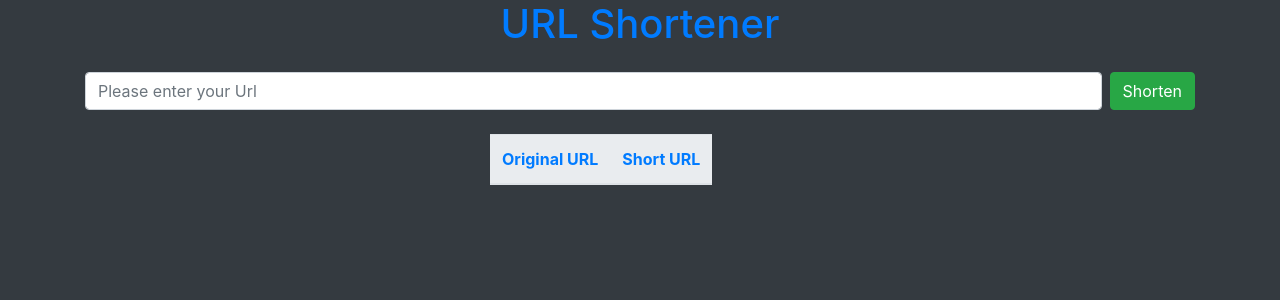
Repository: Art101-ui/Url-shorterner
Page: http://localhost/
The author's editor kept a copy of each file at every save. The page is drawn from the files as they stood at one save, then again after the next save.
The browser window is 1280 px wide. The pictures show the whole page.
The page is served by the project's Node server (server.js). Queries for data that is not in the repository find no rows.

Above is the page before, as saved 2022-02-24 14:55:34.

After the next save:
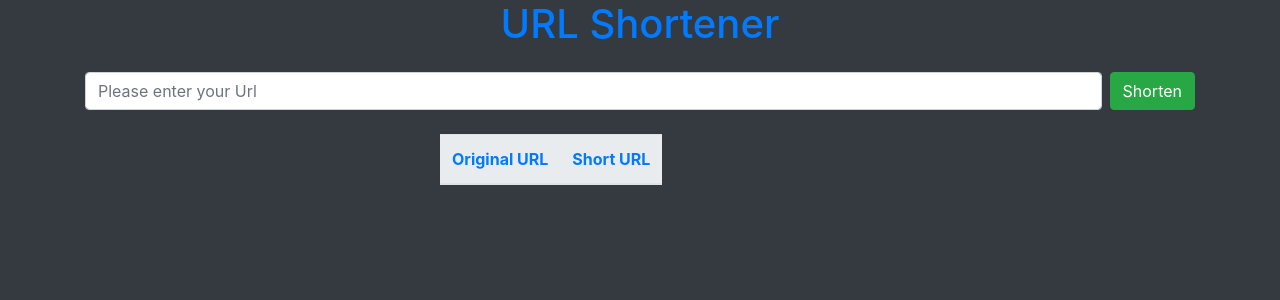
Saved 15 s later.
--- a/views/index.ejs
+++ b/views/index.ejs
@@ -13,7 +13,7 @@
     <title>Document</title>
     <style>
       .contain {
-        max-width: 300px;
+        max-width: 400px;
         margin: auto;
       }
     </style>
